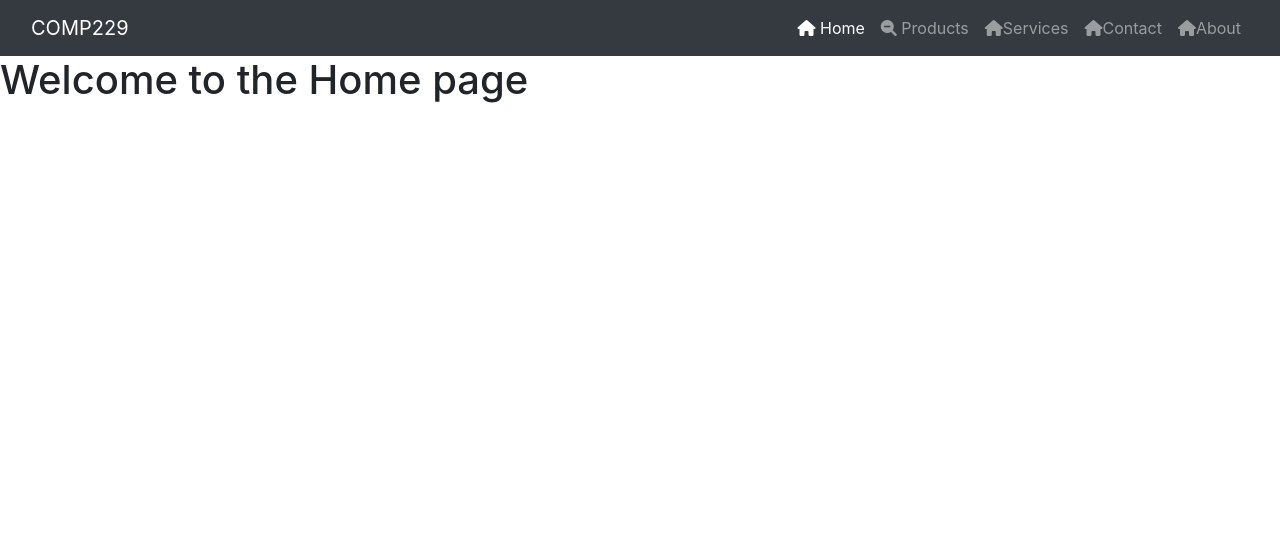
Repository: arsh16/week3_demo2
Page: http://localhost/
These files come from the project's save history. The page is drawn as it stood at one moment and after the next save; the edit follows.
The browser window is 1280 px wide. The pictures show the whole page.
Some web libraries are served in a nearby version. The page is served by the project's Node server (server.js).

Above is the page before, as saved 2021-09-30 11:38:50.

After the next save:
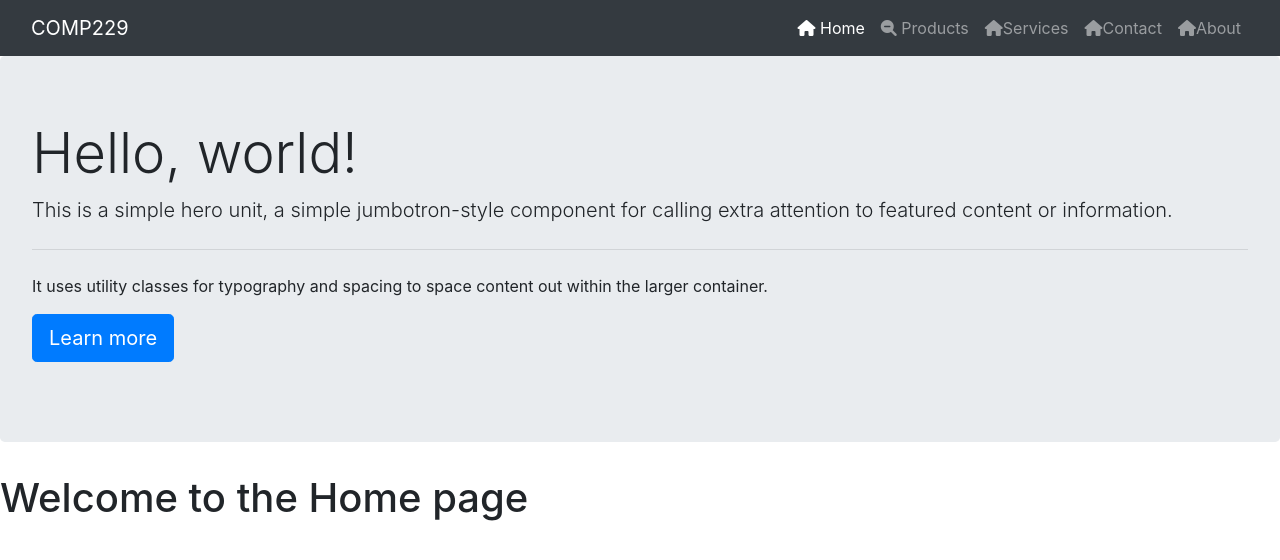
Saved 59 s later.
--- a/views/index.ejs
+++ b/views/index.ejs
@@ -60,6 +60,17 @@
     </div>
   </nav>
 
+  <main><div class="jumbotron">
+    <h1 class="display-4">Hello, world!</h1>
+    <p class="lead">This is a simple hero unit, a simple jumbotron-style component for calling extra attention to featured content or information.</p>
+    <hr class="my-4">
+    <p>It uses utility classes for typography and spacing to space content out within the larger container.</p>
+    <p class="lead">
+      <a class="btn btn-primary btn-lg" href="#" role="button">Learn more</a>
+    </p>
+  </div>
+  </main>
+
   <h1>Welcome to the <%= title %> page</h1>
 
   <!--scripts-->
